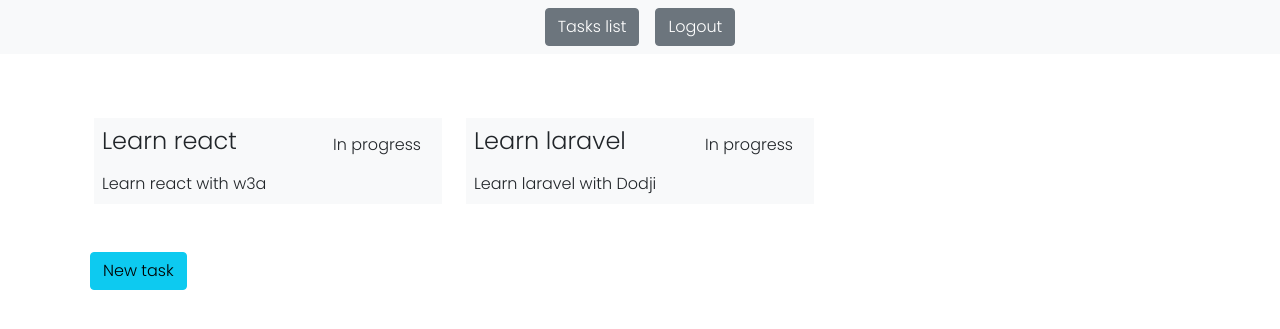
Repository: FS-23/react-task-manager
Page: /tasks/list
These files come from the project's save history. The page is drawn as it stood at one moment and after the next save; the edit follows.
The browser window is 1280 px wide. The pictures show the whole page.
The page's requests for data from a server got no answer. The project was rebuilt for these pictures with package versions that can differ from the ones it lists, and the page was loaded fresh each time. No one was signed in, and anything a server would have sent is missing. Also part of the build but not shown: src/components/Login.js, src/components/AddTask.js, src/components/TaskDetail.js.

Above is the page before, as saved 2022-05-13 15:13:57.

After the next save:
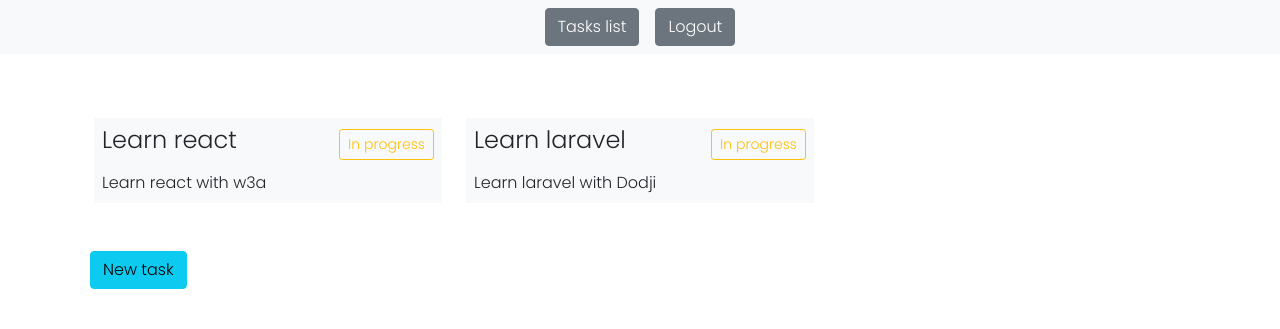
Saved 27 s later.
--- a/src/components/TaskList.js
+++ b/src/components/TaskList.js
@@ -44,7 +44,7 @@ function TaskList(){
                                 <div className='bg-light p-2'>
                                     <div className='d-flex mb-2 justify-content-between align-items-center'>
                                        <h4>{task.title} </h4>
-                                       <button className='btn'>{task.completed ? "Completed" : "In progress"}</button>
+                                       <button className='btn btn-outline-warning btn-sm'>{task.completed ? "Completed" : "In progress"}</button>
                                     </div>
                                     <div>{task.description}</div>
                                 </div>
